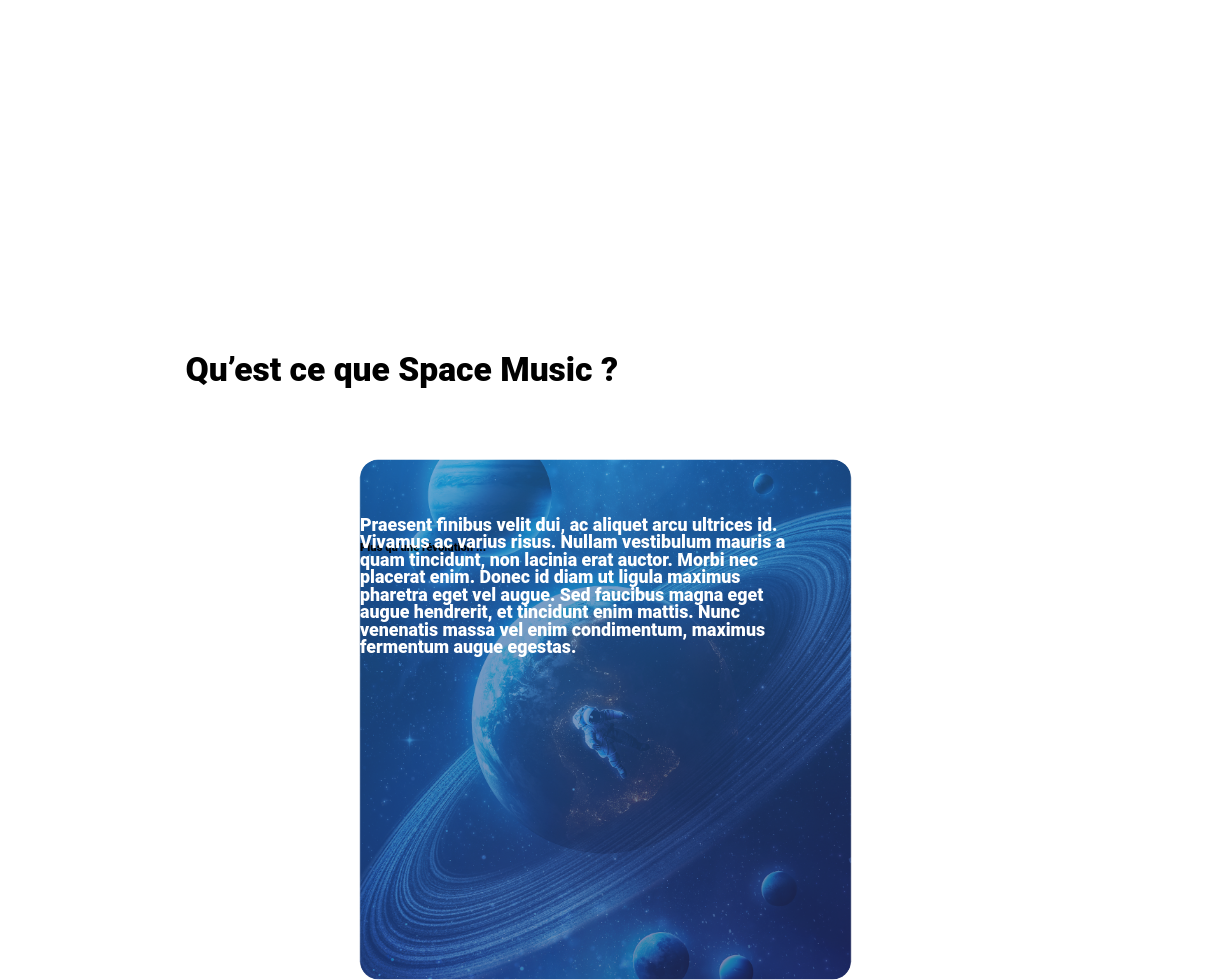
Repository: karalyh/landing-experts
Page: /
The author's editor kept a copy of each file at every save. The page is drawn from the files as they stood at one save, then again after the next save.
The browser window is 1280 px wide. The page is 1729 px wide, so the pictures cover 1729 px, including what lies to the right of the window. The pictures show the part of the page from y = 1628 to 3028 px (the page is 3028 px tall), at 70% of full size.
The project was rebuilt for these pictures with package versions that can differ from the ones it lists, and the page was loaded fresh each time. The framework's server and built-in components were replaced by stand-ins that run in the browser. Also part of the build but not shown: next.config.js, public/css/circles-animations.css, public/css/devices-view.css.

Above is the page before, as saved 2022-09-23 12:08:39.

### pages/_app.tsx
import '../styles/globals.css'
import '../public/css/circles-animations.css'
import '../public/css/devices-view.css'
import  '@material-tailwind/react';
import type { AppProps } from 'next/app'
import LandingLayout from '../components/LandingLayout'

function MyApp({ Component, pageProps }: AppProps): JSX.Element {
  return (
    <LandingLayout>
      <Component {...pageProps} />
    </LandingLayout>
  )
}

export default MyApp

### pages/index.tsx
import type { NextPage } from 'next'

import NavBar from '../components/Navbar'
import Header from '../components/Header'
import Section1 from '../components/Section1'
import Section2 from '../components/Section2'
import Section3 from '../components/Section3'
import Section4 from '../components/Section4'
import Section5 from '../components/Section5'
import Section6 from '../components/Section6'


const Home: NextPage = () => {
  return (
    <div >
      {/* <NavBar />
      <Header />
      <Section1 /> */}
      <Section2 />
        {/* <Section3 />
        <Section4 />
        <Section5 />
        <Section6 /> */}




    </div>
  )
}

export default Home

### styles/globals.css
@tailwind base;
@tailwind components;
@tailwind utilities;


details ::marker {
    unicode-bidi: isolate;
    font-variant-numeric: tabular-nums;
    text-transform: none;

}


           p[open] span::after{
                content: "-";
            }

            p[open] span ~ * {
                animation: slideDown 0.3s ease-in-out;
            }

            p[open] span p {
                opacity: 0;
                animation-name: showContent;
                animation-duration: 0.6s;
                animation-delay: 0.2s;
                animation-fill-mode: forwards;
                margin: 0;
            }

            @keyframes showContent {
                from {
                opacity: 0;
                height: 0;
                }
                to {
                opacity: 1;

                }
            }
            @keyframes slideDown {
                from {
                opacity: 0;
                height: 0;
                padding: 0;
                }

                to {
                opacity: 1;

                }
            }


/*--Header SPM CSS--*/
:root{
  --spm-cl: #3c3c3c;
  --duration_anim: 10s;
}

@font-face{
  font-family:"Roboto Bk";
  font-weight:400;
  font-style:normal;
  font-display:swap;
  src:url(../public/fonts/Roboto-Black.ttf);
}

body{
  font-size: 16px;
}

.main{
  overflow: hidden;
  min-height: initial;
}

.content_head {
  width: 100%;
  max-width: 1200px;
  height: auto;
  margin: auto;
  display: flex;
  flex-direction: row;
  justify-content: space-between;
  align-items: center;
  padding: 0.5em;
  color: var(--spm-cl);
  font-family: "Roboto";
}

.content_head > .container_logos {
  display: grid;
  grid-template-columns: repeat(1, 1fr);
}

.content_head > .container_logos > .logo{
  width: 84px;
  height: 60px;
  animation-fill-mode: both !important;
  animation-duration: var(--duration_anim) !important;
  animation-iteration-count: infinite !important;
  animation-fill-mode: both !important;
  grid-column: 1;
  grid-row: 1;
}

.content_head > .container_logos > .logo:nth-child(1){
  animation: change_logo_color_1;
}

.content_head > .container_logos > .logo:nth-child(2){
  animation: change_logo_color_2;
}

.content_head > .container_logos > .logo:nth-child(3){
  animation: change_logo_color_3;
}

.content_head > .container_logos > .logo:nth-child(4){
  animation: change_logo_color_4;
}

.content_sign_lng{
  width: auto;
  display: flex;
  flex-direction: row;
  justify-content: center;
  align-items: center;
  grid-gap: 2em;
}

.contain_lng{
  width: auto;
}

.contain_sign{
  width: auto;
  display: flex;
  flex-direction: row;
  justify-content: center;
  align-items: center;
  grid-gap: 1em;
}

.contain_sign a, .contain_sign button {
  width: auto;
  color: var(--spm-cl);
}

.separate{
  width: 2px;
  height: 20px;
  background: var(--spm-cl);
}

.content_pattern_texts{
  max-width: 1500px;
  width: 90%;
  margin: auto;
  display: grid;
  grid-template-columns: repeat(12, 1fr);
  border: 5px solid #EEF3F5;
  border-radius: 15px;
  overflow: hidden;
  font-family: 'Roboto Bk';
}

.contain_pattern{
  grid-column: 1 / 13;
  grid-row: 1;
  width: 65%;
  position: relative;
  z-index: 1;
}

.contain_pattern > img{
  width: 100%;
}

.contain_texts{
  grid-column: 2 / 12;
  grid-row: 1;
  display: flex;
  flex-direction: column;
  justify-content: center;
  align-items: flex-end;
  position: relative;
  z-index: 2;
  width: 100%;
}

.slogans{
  display: grid;
  grid-template-columns: repeat(1, 1fr);
  justify-content: flex-end;
  align-items: center;
  margin-top: -10%;
}

.big_slogan{
  color: var(--spm-cl);
  font-size: 1150%;
  width: auto;
  grid-column: 1;
  grid-row: 1;
  text-align: right;
  animation-duration: var(--duration_anim) !important;
  animation-iteration-count: infinite !important;
  animation-timing-function: ease !important;
  animation-fill-mode: both !important;
}

.big_slogan:nth-child(1){
  animation: move_slogan_1;
}

.big_slogan:nth-child(2){
  animation: move_slogan_2;
}

.big_slogan:nth-child(3){
  animation: move_slogan_3;
}

.big_slogan:nth-child(4){
  animation: move_slogan_4;
}

.little_slogan{
  color: var(--spm-cl);
  font-size: 100%;
  width: auto;
  margin-top: 5px;
  grid-column: 1;
  grid-row: 2;
  text-align: right;
  font-weight: 900;
}

.btn_signup, .btn_btm_arrow{
  width: auto;
  cursor: pointer;
}

.btn_signup{
  padding: 0;
  border-radius: 7px;
  color: #fff;
  margin-top: 5%;
  display: grid;
  grid-template-columns: repeat(1, 1fr);
  overflow: hidden;
}

.btn_signup > em{
  padding: 0.7em 2em;
  width: 100%;
  height: 100%;
  grid-column: 1;
  grid-row: 1;
  position: relative;
  z-index: 2;
  font-style: normal;
  font-family: 'Roboto Bk';
}

.btn_signup > .bg{
  width: 100%;
  height: 100%;
  grid-column: 1;
  grid-row: 1;
  position: relative;
  z-index: 1;
  animation-duration: var(--duration_anim) !important;
  animation-iteration-count: infinite !important;
  animation-timing-function: ease !important;
  animation-fill-mode: both;
}

.btn_signup > .bg_1{
  animation: change_logo_color_1;
  background: linear-gradient(92.36deg, #7EC290 4.68%, #039EAA 100.05%);
}

.btn_signup > .bg_2{
  animation: change_logo_color_2;
  background: linear-gradient(92.2deg, #E3077E 4.89%, #A12281 98.84%);
}

.btn_signup > .bg_3{
  animation: change_logo_color_3;
  background: linear-gradient(92.66deg, #F48F1F 5.41%, #E52125 100.51%);
}

.btn_signup > .bg_4{
  animation: change_logo_color_4;
  background: linear-gradient(93.11deg, #5E77BA 0.06%, #2B2E70 98.3%);
}

.btn_btm_arrow {
  margin-top: 10em;
  margin-right: 3em;
  color: var(--spm-cl);
  margin-bottom: -15em;
}

@keyframes change_logo_color_1 {
  0%{
    opacity: 1;
  }
  25%{
    opacity: 0;
  }
  50%{
    opacity: 0;
  }
  75%{
    opacity: 0;
  }
  100%{
    opacity: 1;
  }
}

@keyframes change_logo_color_2 {
  0%{
    opacity: 0;
  }
  25%{
    opacity: 1;
  }
  50%{
    opacity: 0;
  }
  75%{
    opacity: 0;
  }
  100%{
    opacity: 0;
  }
}

@keyframes change_logo_color_3 {
  0%{
    opacity: 0;
  }
  25%{
    opacity: 0;
  }
  50%{
    opacity: 1;
  }
  75%{
    opacity: 0;
  }
  100%{
    opacity: 0;
  }
}

@keyframes change_logo_color_4 {
  0%{
    opacity: 0;
  }
  25%{
    opacity: 0;
  }
  50%{
    opacity: 0;
  }
  75%{
    opacity: 1;
  }
  100%{
    opacity: 0;
  }
}

@keyframes move_slogan_1 {
  0%{
    transform: translateX(0vw);
    opacity: 1;
  }
  22.5%{
    transform: translateX(0vw);
    opacity: 1;
  }
  27.45555555%{
    transform: translateX(-100vw);
    opacity: 1;
  }
  27.5%{
    transform: translateX(100vw);
    opacity: 0;
  }
  47.5%{
    transform: translateX(100vw);
    opacity: 0;
  }
  52.5%{
    transform: translateX(100vw);
    opacity: 0;
  }
  72.5%{
    transform: translateX(100vw);
    opacity: 0;
  }
  77.5%{
    transform: translateX(100vw);
    opacity: 0;
  }
  95%{
    transform: translateX(100vw);
    opacity: 1;
  }
  100%{
    transform: translateX(0vw);
    opacity: 1;
  }
}

@keyframes move_slogan_2 {
  0%{
    transform: translateX(100vw);
    opacity: 0;
  }
  22.5%{
    transform: translateX(100vw);
    opacity: 1;
  }
  27.5%{
    transform: translateX(0vw);
    opacity: 1;
  }
  47.5%{
    transform: translateX(0vw);
    opacity: 1;
  }
  52.45555555%{
    transform: translateX(-100vw);
    opacity: 1;
  }
  52.5%{
    transform: translateX(100vw);
    opacity: 0;
  }
  72.5%{
    transform: translateX(100vw);
    opacity: 0;
  }
  77.5%{
    transform: translateX(100vw);
    opacity: 0;
  }
  95%{
    transform: translateX(100vw);
    opacity: 0;
  }
  100%{
    transform: translateX(100vw);
    opacity: 0;
  }
}

@keyframes move_slogan_3 {
  0%{
    transform: translateX(100vw);
    opacity: 0;
  }
  22.5%{
    transform: translateX(100vw);
    opacity: 0;
  }
  27.5%{
    transform: translateX(100vw);
    opacity: 0;
  }
  47.5%{
    transform: translateX(100vw);
    opacity: 1;
  }
  52.5%{
    transform: translateX(0vw);
    opacity: 1;
  }
  72.5%{
    transform: translateX(0vw);
    opacity: 1;
  }
  77.45555555%{
    transform: translateX(-100vw);
    opacity: 1;
  }
  77.5%{
    transform: translateX(100vw);
    opacity: 0;
  }
  95%{
    transform: translateX(100vw);
    opacity: 0;
  }
  100%{
    transform: translateX(100vw);
    opacity: 0;
  }
}

@keyframes move_slogan_4 {
  0%{
    transform: translateX(100vw);
    opacity: 0;
  }
  22.5%{
    transform: translateX(100vw);
    opacity: 0;
  }
  27.5%{
    transform: translateX(100vw);
    opacity: 0;
  }
  47.5%{
    transform: translateX(100vw);
    opacity: 0;
  }
  52.5%{
    transform: translateX(100vw);
    opacity: 0;
  }
  72.5%{
    transform: translateX(100vw);
    opacity: 1;
  }
  77.5%{
    transform: translateX(0vw);
    opacity: 1;
  }
  95%{
    transform: translateX(0vw);
    opacity: 1;
  }
  99.8999999999%{
    transform: translateX(-100vw);
    opacity: 1;
  }
  100%{
    transform: translateX(100vw);
    opacity: 0;
  }
}

@media (max-width: 768px) {
  .content_head{}

  .container_logos{}

  .content_sign_lng {
    margin-right: 1em;
    padding: 0.5em;
  }

  .content_pattern_texts {
    min-height: 85vh;
  }

  .contain_texts{}

  .big_slogan{
    font-size: 600%;
  }

  .contain_pattern {
    width: 100%;
  }

  .contain_pattern > img {
    height: 100%;
    object-fit: cover;
  }

  .btn_signup {
    margin-top: 40%;
  }

  .btn_btm_arrow {
    margin-top: 3em;
    margin-bottom: -10em;
  }
}
/*--Fin Header SPM CSS--*/

### components/LandingLayout.tsx
import Footer from "./Footer";
import Header from "./Header";
import Navbar from "./Navbar";
import  '@material-tailwind/react';
export default function  LandingLayout ({ children }: any){
    return (
        <div>
        <div className="flex flex-col">
           <Navbar />
            <Header />
            { children }
            <Footer />
        </div>
        </div>
    )
}

### components/Section2.tsx
import Image from 'next/image';


export default function Section2() {

    return (
        <>
            <section className='static'>
                <div className='absolute left-[265px] top-[2129px]'>
                <h1 className='font-roboto text-5xl font-black leading-[56.25px]'>Qu’est ce que Space Music ?</h1>

                </div>
                <div
                    className='
                    flex flex-row justify-center items-center p-[0px 15px] gap-5 absolute
                    w-[1728px] h-[742.7px] top-[2285px] left-px overflow-x-scroll border-black'
                >
                    {/* block du milieu */}
                    <div className="absolute w-[701.5px] h-[742.7px] left-[513.25px] top-0 bg-[url('/images/Rectangle-2.png')] rounded-[26.1767px]">
                        {/** on met le texte dans un bloc */}
                        <div className="w-[614.9px] h-[306.42px] top-[386.6px] left-[545.3px] gap-[31.76px] flex flex-col justify-center items-start">
                            {/**
                             * Titre
                             */}
                            <h1 className="font-black font-roboto text-base top-[40.83px]">Plus qu’une révolution ...</h1>

                            {/**
                             * Paragraphe
                             */}
                        <p className="
                        w-[614.9px] h-[25px] font-[roboto] font-black text-[25.4118px]
                        leading-[98.69%] items-center flex text-white self-stretch grow-0 order-1 flex-none top-[
100px]
                        ">Praesent finibus velit dui, ac aliquet arcu ultrices id. Vivamus ac varius risus. Nullam
                            vestibulum mauris a quam tincidunt, non lacinia erat auctor. Morbi nec placerat enim. Donec
                            id diam ut ligula maximus pharetra eget vel augue. Sed faucibus magna eget augue hendrerit,
                            et tincidunt enim mattis. Nunc venenatis massa vel enim condimentum, maximus fermentum augue
                            egestas.
                        </p></div>

                    </div>
                </div>
           </section>
        </>
           )
}

### components/Header.tsx
import Image from 'next/image';
import styles from '../styles/Header.module.css'



export default function Header() {

    return (
        <section className="content_pattern_texts">

        <div className="contain_texts">
          <div className="slogans">
            <h3 id="big_slogan" className='big_slogan'>Bigger.</h3>
            <h3 id="big_slogan" className='big_slogan'>Better.</h3>
            <h3 id="big_slogan" className='big_slogan'>Social.</h3>
            <h3 id="big_slogan" className='big_slogan'>Music.</h3>
            <h4 className='little_slogan'>L'app qui te redonne le pouvoir</h4>
          </div>

          <button className="btn_signup">
            <i className='bg bg_1'></i>
            <i className='bg bg_2'></i>
            <i className='bg bg_3'></i>
            <i className='bg bg_4'></i>
            <em>Créer mon compte</em>
          </button>

          <button className="btn_btm_arrow"><img src="imgs/arrow_1.png" /></button>
        </div>

        <div className="contain_pattern">
          <img src="imgs/pattern-rockets.png" alt="Pattern Rockets" />
        </div>

      </section>
           )
}

### components/Navbar.tsx
import Head from 'next/head'
import Image from 'next/image';

export default function NavBar() {

    return (
        <div className=''>
            <Head>
                <title>Space music</title>
                <meta name="description" content="Generated by create next app" />
                <link rel="icon" href="/favicon.ico" />
            </Head>



           <div className="content_head">
      <div className="container_logos">
        <img className="logo" src="imgs/spacemusic_logo-1.png" alt="Space Music Logo" />
        <img className="logo" src="imgs/spacemusic_logo-2.png" alt="Space Music Logo" />
        <img className="logo" src="imgs/spacemusic_logo-3.png" alt="Space Music Logo" />
        <img className="logo" src="imgs/spacemusic_logo-4.png" alt="Space Music Logo" />
      </div>

      <section className="content_sign_lng">
        <div className="contain_lng">
          <select className="select_lng" name="select_lng">
            <option value="Français">Français</option>
            <option value="Anglais">Anglais</option>
          </select>
        </div>
        <div className="contain_sign">
          <a href="#">Sign Up</a>
          <div className="separate"></div>
          <a href="#">Sign In</a>
        </div>
      </section>
    </div>
        </div>
    )
}

Loaded but not shown: tailwind.config.js (24 lines, source omitted); components/Footer.tsx (88 lines, source omitted)

After the next save:
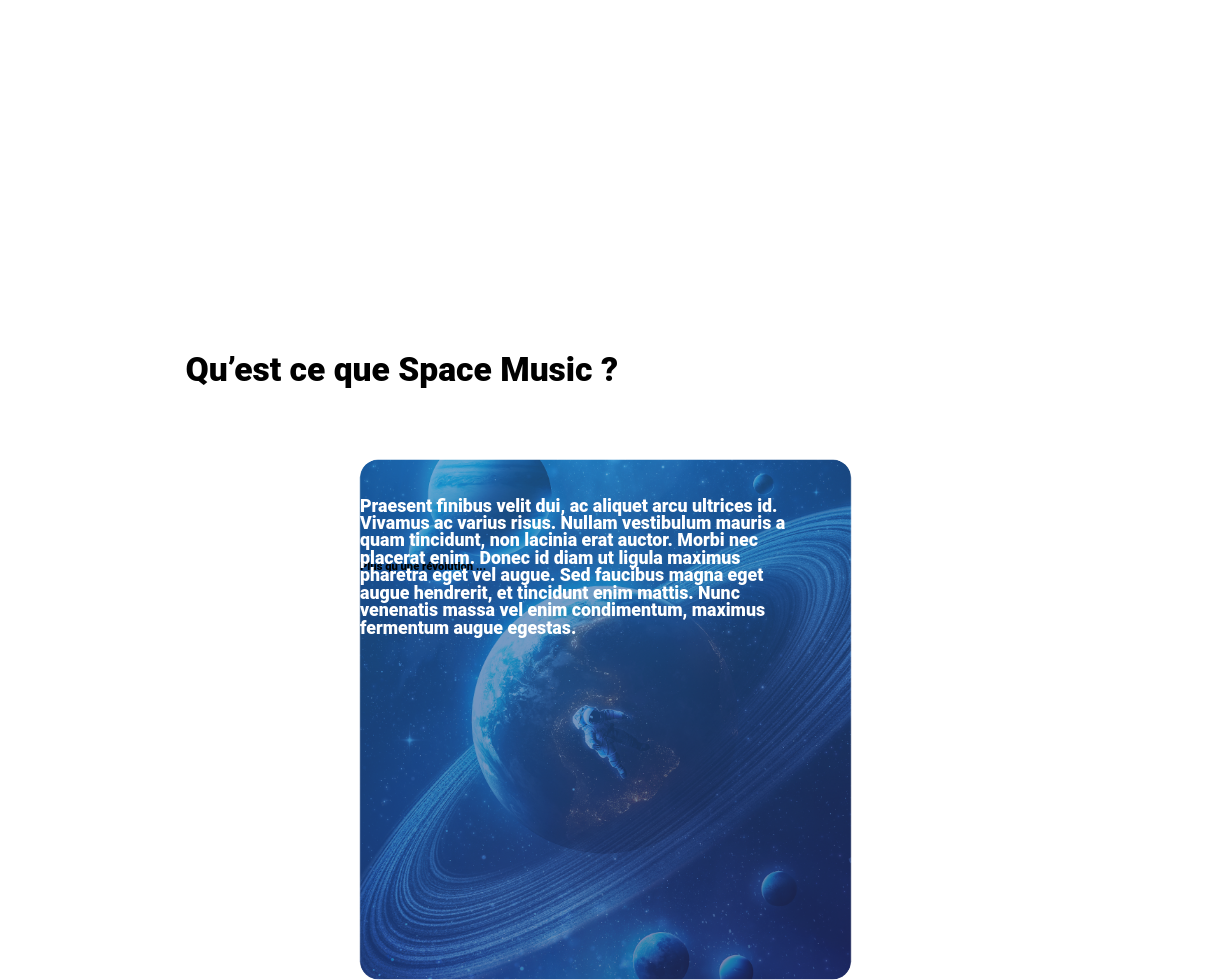
Saved 2 min 8 s later.
--- a/components/Section2.tsx
+++ b/components/Section2.tsx
@@ -30,7 +30,7 @@ export default function Section2() {
                         <p className="
                         w-[614.9px] h-[25px] font-[roboto] font-black text-[25.4118px]
                         leading-[98.69%] items-center flex text-white self-stretch grow-0 order-1 flex-none top-[
-100px]
+100px] absolute
                         ">Praesent finibus velit dui, ac aliquet arcu ultrices id. Vivamus ac varius risus. Nullam
                             vestibulum mauris a quam tincidunt, non lacinia erat auctor. Morbi nec placerat enim. Donec
                             id diam ut ligula maximus pharetra eget vel augue. Sed faucibus magna eget augue hendrerit,
